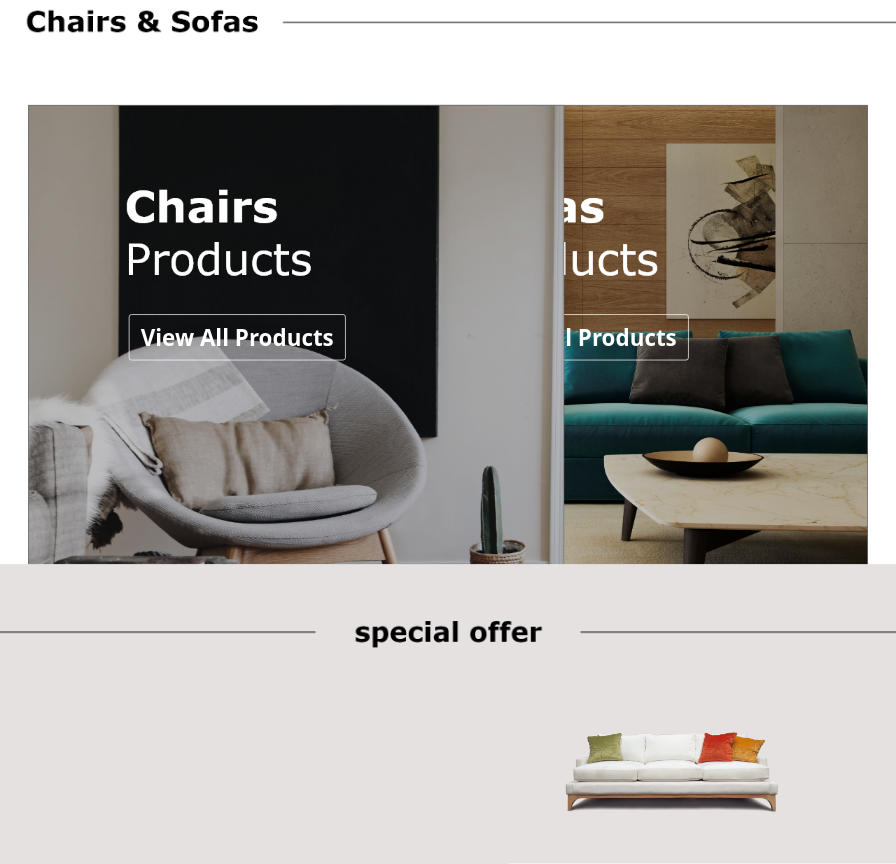
Repository: MEROO1010/creative_home
Page: /
An editor plug-in stored every save of this project. The page is shown before and after the next save, followed by the edit.
The browser window is 1280 px wide. The pictures show the part of the page from y = 827 to 2747 px (the page is 2061 px tall before and 2747 px after), at 70% of full size.
The project was rebuilt for these pictures with package versions that can differ from the ones it lists, and the page was loaded fresh each time. The framework's server and built-in components were replaced by stand-ins that run in the browser. Also part of the build but not shown: next.config.js.

Above is the page before, as saved 2022-12-11 10:30:51.

After the next save:
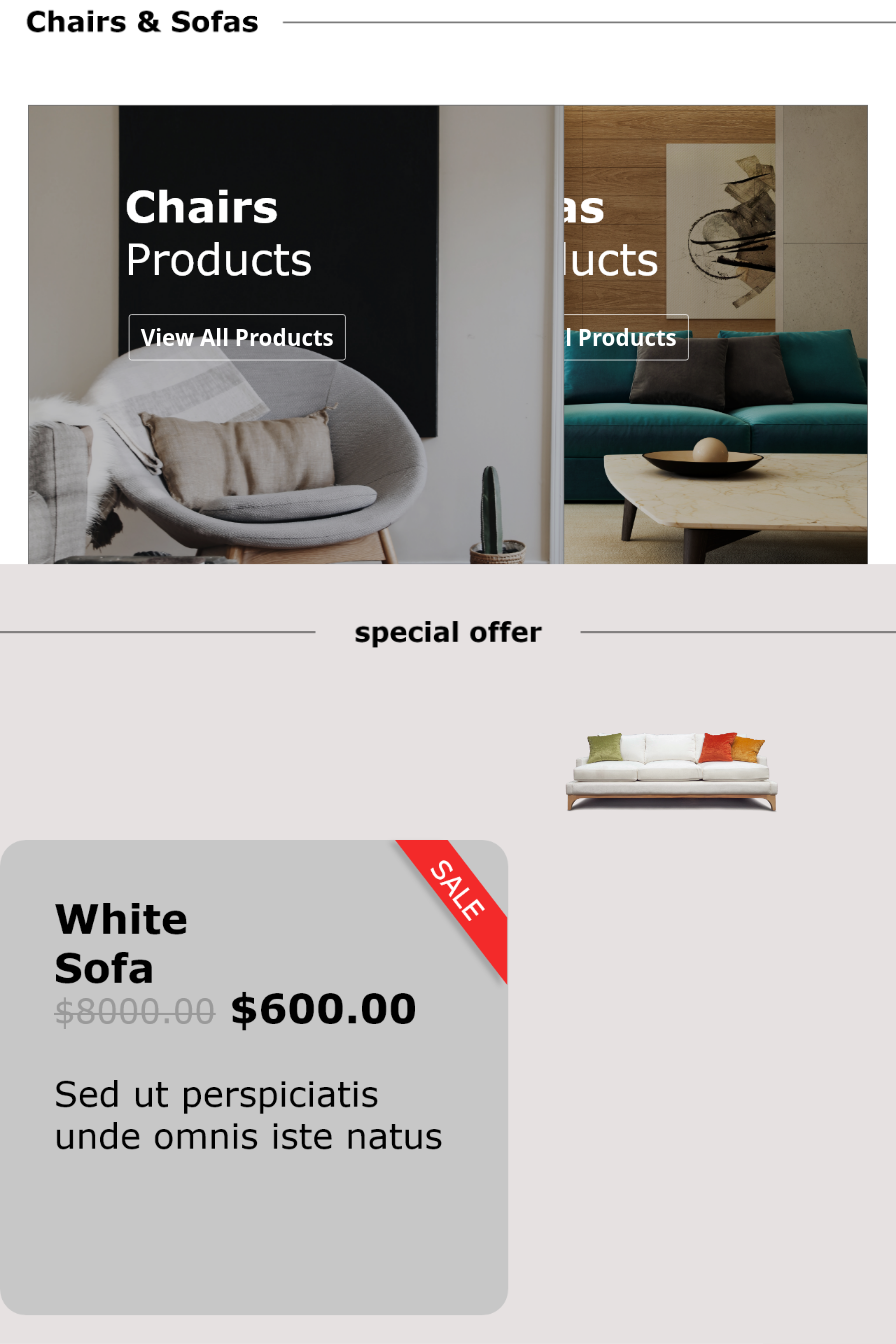
Saved 23 h 22 min later.
--- a/components/SpecialOffer.tsx
+++ b/components/SpecialOffer.tsx
@@ -2,6 +2,8 @@ import React from 'react'
 import Image from 'next/image'
 import specialOffer from '../assets/images/specialOffer.png'
 import sofa2 from '../assets/images/sofa2.png'
+import image2 from '../assets/images/img2.png'
+
 
 
 
@@ -18,6 +20,10 @@ const SpecialOffer = () => {
           <Image src={sofa2} alt=''/>
 
          </div>
+
+         <div>
+          <Image src={image2} alt=''/>
+         </div>
     </div>
     </div>
   )
